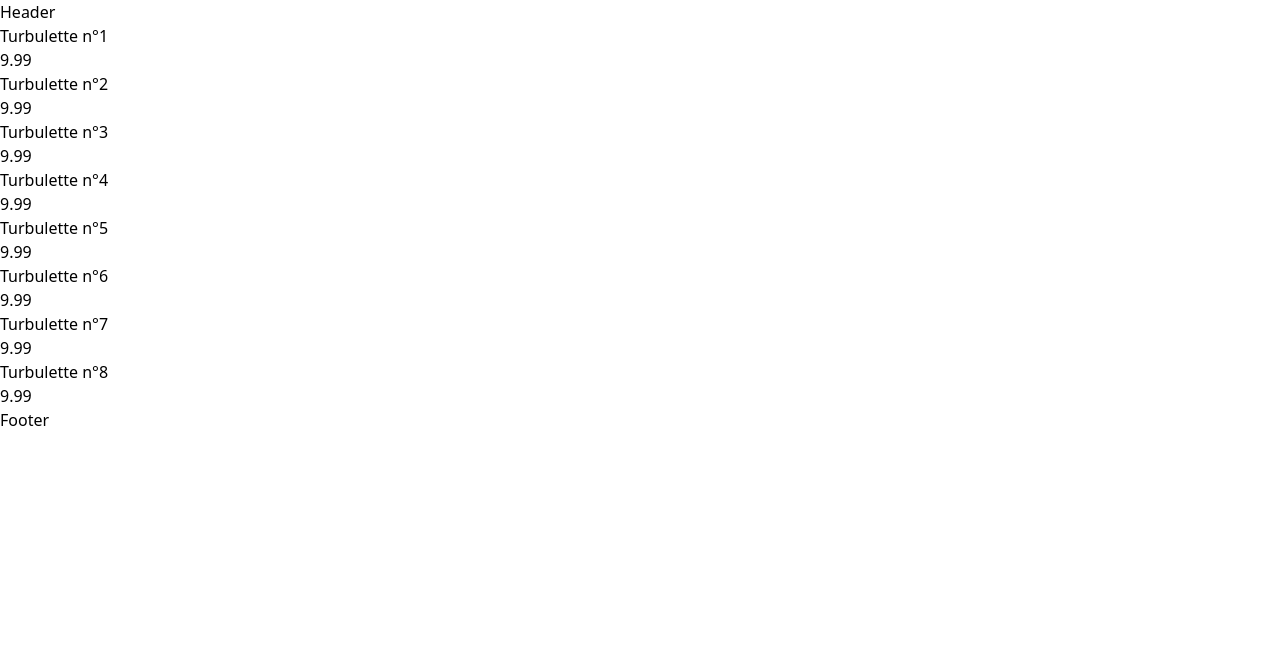
Repository: dimitrivitulin/ecommerce-next-js
Page: /
An editor plug-in stored every save of this project. The page is shown before and after the next save, followed by the edit.
The browser window is 1280 px wide. The pictures show the whole page.
The project was rebuilt for these pictures with package versions that can differ from the ones it lists, and the page was loaded fresh each time. The framework's server and built-in components were replaced by stand-ins that run in the browser. Also part of the build but not shown: next.config.js.

Above is the page before, as saved 2023-01-12 14:04:22.

### pages/index.js
import Head from 'next/head'
import Layout from './../components/Layout'
import Container from './../components/Container'
import products from './../data/products.json'

export default function Home() {
  return (
    < Layout>
      <Head>
        <title>Create Next App</title>
        <meta name="description" content="Generated by create next app" />
        <meta name="viewport" content="width=device-width, initial-scale=1" />
        <link rel="icon" href="/favicon.ico" />
      </Head>
      <Container>
        <div>
          {products.map(product => {
            return(
              <div key={product.id}>
                <h2>{product.name}</h2>
                <h3>{product.price}</h3>

              </div>
            )
          })}
        </div>
      </Container>
    </ Layout>
  )
}

### components/Layout.js
import Footer from "./Footer";
import Header from "./Header";

const Layout = ({ children }) => {
  return (

  <>
  <Header />
  {children}
  <Footer />
  </>
  )
};

export default Layout;

### components/Container.js


const Container = ({children}) => {
  return (
    <>
     {children}
    </>
  )
}

export default Container

### data/products.json
[
  {
    "id": 1,
    "name": "Turbulette n°1",
    "price": 9.99,
    "image" : "/image"
  },
  {
    "id": 2,
    "name": "Turbulette n°2",
    "price": 9.99,
    "image" : "/image"
  },
  {
    "id": 3,
    "name": "Turbulette n°3",
    "price": 9.99,
    "image" : "/image"
  },
  {
    "id": 4,
    "name": "Turbulette n°4",
    "price": 9.99,
    "image" : "/image"
  },
  {
    "id": 5,
    "name": "Turbulette n°5",
    "price": 9.99,
    "image" : "/image"
  },
  {
    "id": 6,
    "name": "Turbulette n°6",
    "price": 9.99,
    "image" : "/image"
  },
  {
    "id": 7,
    "name": "Turbulette n°7",
    "price": 9.99,
    "image" : "/image"
  },
  {
    "id": 8,
    "name": "Turbulette n°8",
    "price": 9.99,
    "image" : "/image"
  }
]

### tailwind.config.js
/** @type {import('tailwindcss').Config} */
module.exports = {
   content: [
    "./pages/**/*.{js,ts,jsx,tsx}",
    "./components/**/*.{js,ts,jsx,tsx}",
  ],
  theme: {
    extend: {},
  },
  plugins: [],
}

Loaded but not shown: pages/_app.js (common file); pages/_document.js (common file); styles/globals.css (common file); components/Footer.js (common file); components/Header.js (common file)

After the next save:
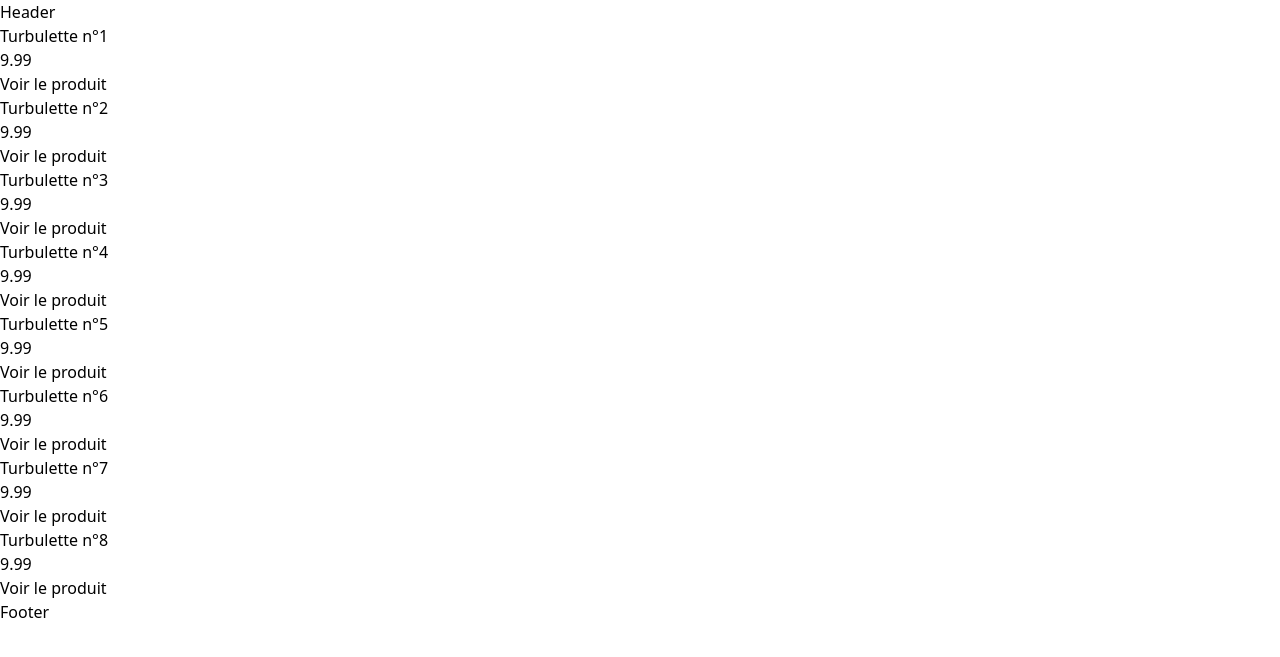
Saved 4 min 3 s later.
--- a/pages/index.js
+++ b/pages/index.js
@@ -2,6 +2,7 @@ import Head from 'next/head'
 import Layout from './../components/Layout'
 import Container from './../components/Container'
 import products from './../data/products.json'
+import Link from 'next/link'
 
 export default function Home() {
   return (
@@ -19,6 +20,9 @@ export default function Home() {
               <div key={product.id}>
                 <h2>{product.name}</h2>
                 <h3>{product.price}</h3>
+                <Link href={`/produits/${product.id}`}>
+                  Voir le produit
+                </Link>
 
               </div>
             )
